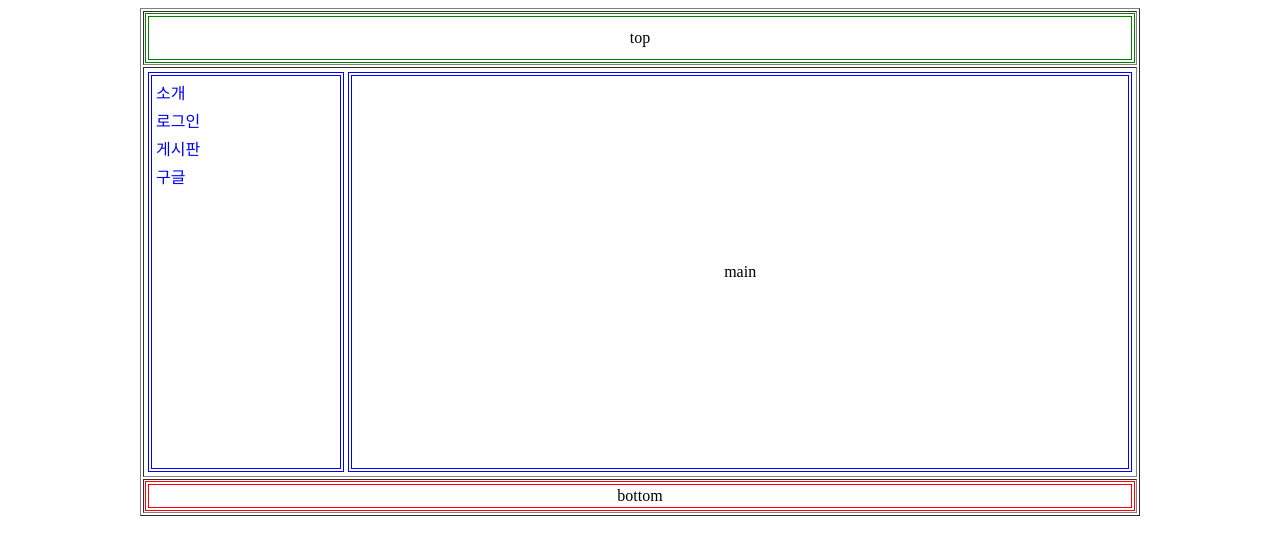
Repository: Kojonghoon/Workspace_java
Page: http://localhost/20221228/ajax/news/index.jsp?menu=info
These files come from the project's save history. The page is drawn as it stood at one moment and after the next save; the edit follows.
The browser window is 1280 px wide. The pictures show the whole page.
The page is served by Tomcat 9.

Above is the page before, as saved 2023-02-10 02:19:58.

After the next save:
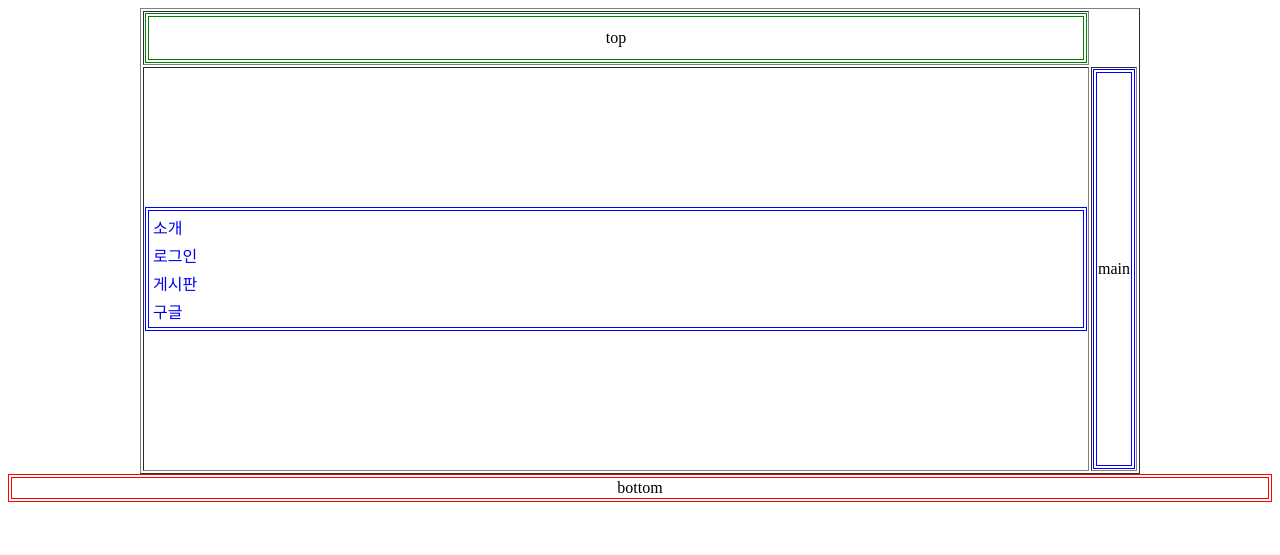
Saved 25 s later.
--- a/20221228/src/main/webapp/ajax/news/index.jsp
+++ b/20221228/src/main/webapp/ajax/news/index.jsp
@@ -28,7 +28,6 @@
           <table>
             <tr>
           <!-- menu start -->
-              <td width="200px" height="400px">
               <%@ include file="menu.jsp" %>
                     </td>
                   </tr>

After the save that followed:
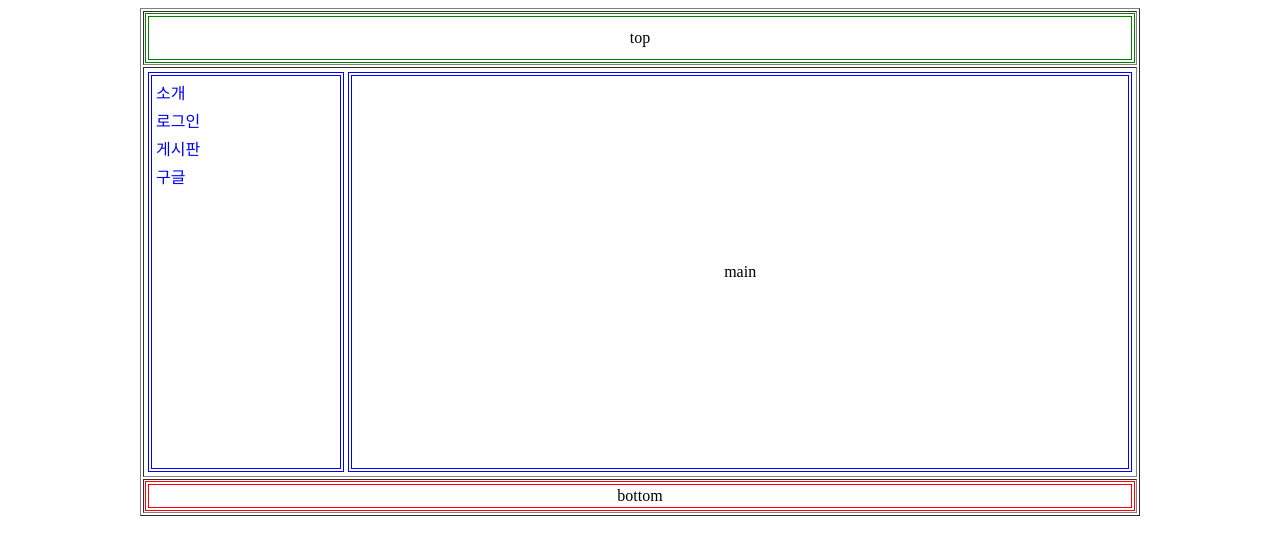
Saved 9 s later.
--- a/20221228/src/main/webapp/ajax/news/index.jsp
+++ b/20221228/src/main/webapp/ajax/news/index.jsp
@@ -28,6 +28,7 @@
           <table>
             <tr>
           <!-- menu start -->
+              <td width="200px" height="400px">
               <%@ include file="menu.jsp" %>
                     </td>
                   </tr>
